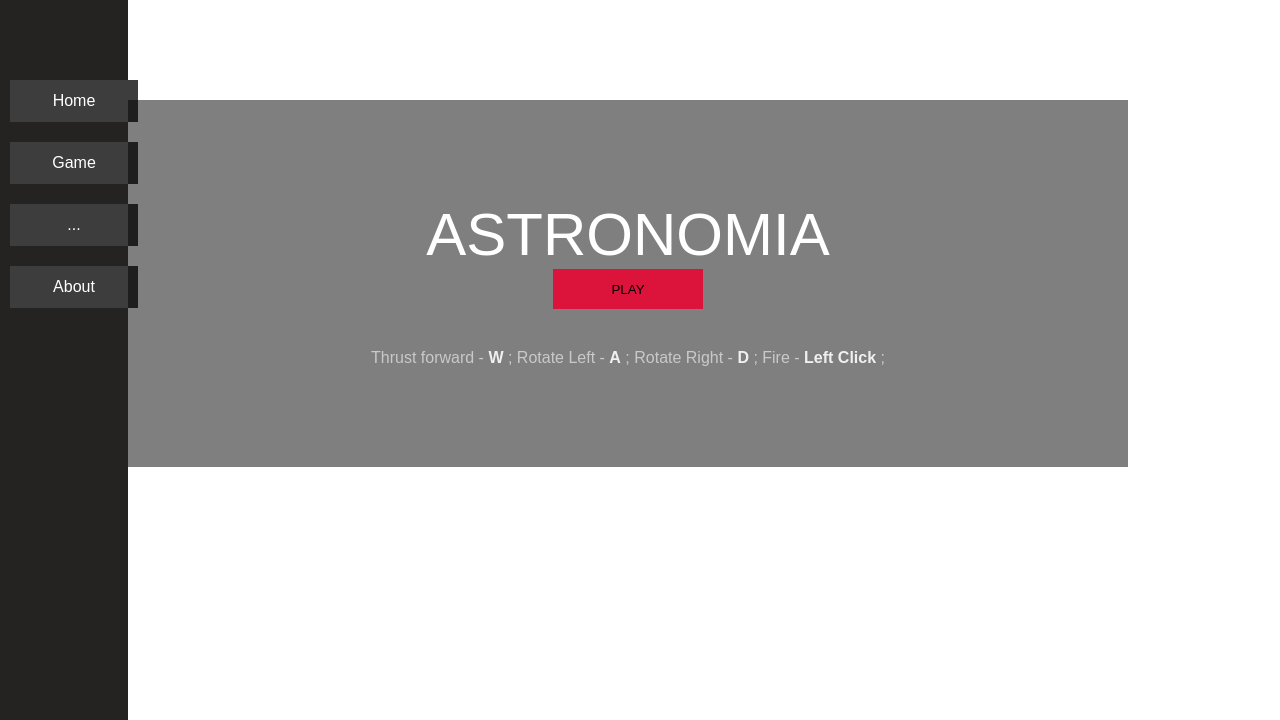
Repository: LaukiniXs/astronomia
Page: index.html
An editor plug-in stored every save of this project. The page is shown before and after the next save, followed by the edit.
The browser window is 1280 px wide. The pictures show the whole page.

Above is the page before, as saved 2020-05-18 13:33:11.
Not found: index.ts

After the next save:
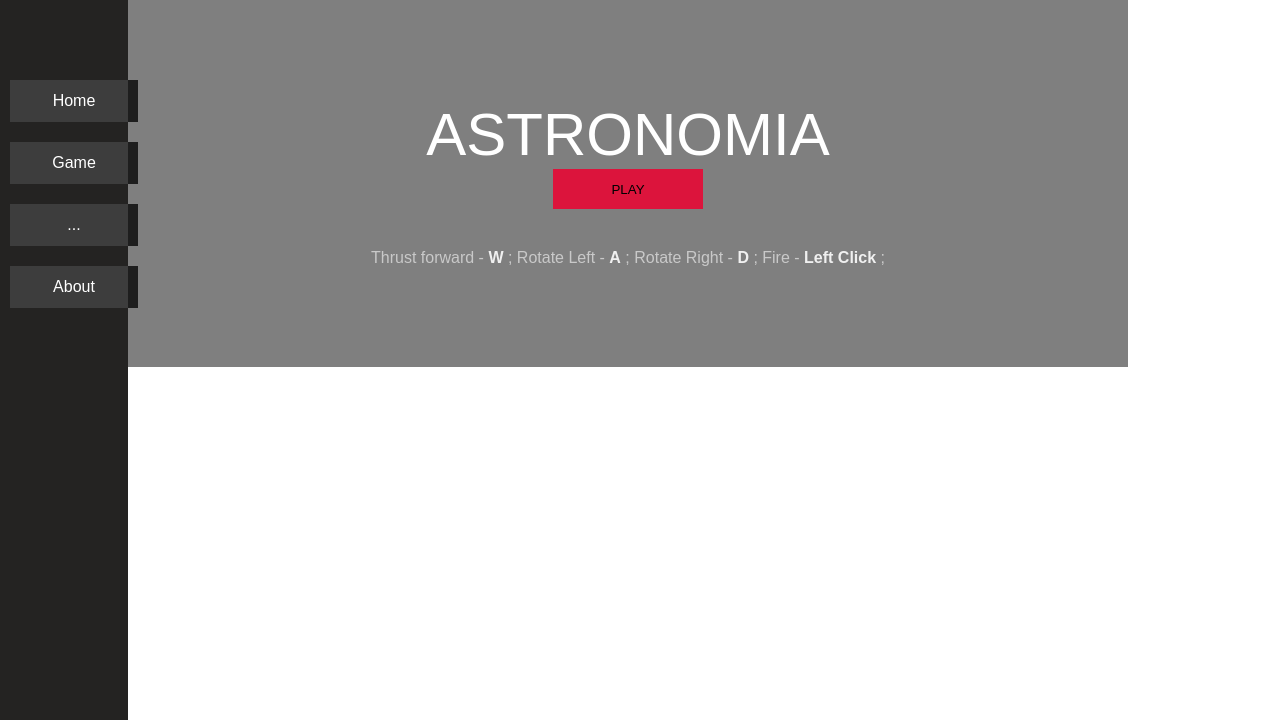
Saved 24 s later.
--- a/style.css
+++ b/style.css
@@ -100,7 +100,7 @@
   float: left;
 }
 #gamediv{
-  margin-top: 100px;
+
 float: left;
 
 }

After the 2 saves that followed:
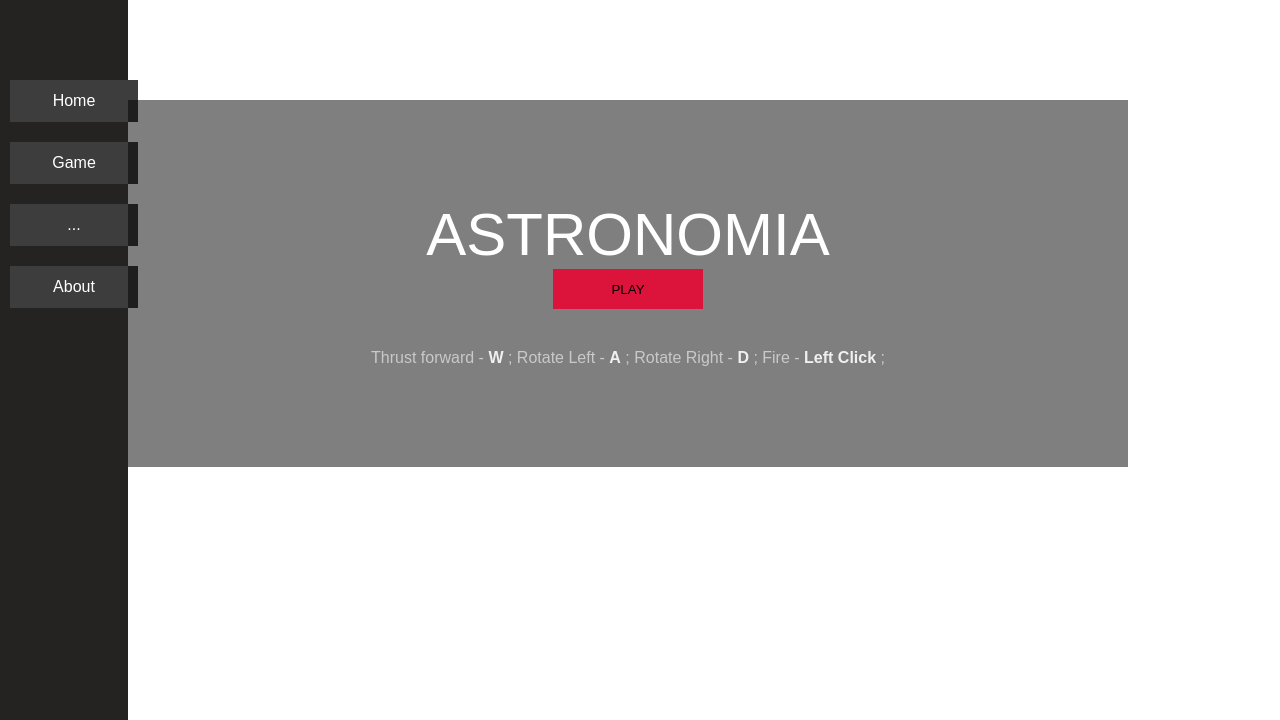
The 2 saves are shown as one change because 1 left the picture as it was.
The last was saved 47 s later.
--- a/style.css
+++ b/style.css
@@ -100,7 +100,6 @@
   float: left;
 }
 #gamediv{
-
 float: left;
 
 }
@@ -111,3 +110,6 @@
   margin-top: 200px;
 
 }
+#splash{
+  margin-top: 100px;
+}
